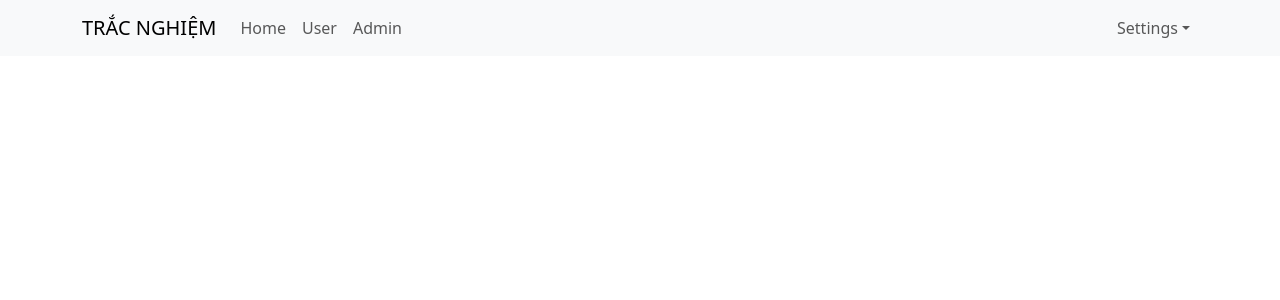
Repository: bichtram-1/webTN
Page: /
The author's editor kept a copy of each file at every save. The page is drawn from the files as they stood at one save, then again after the next save.
The browser window is 1280 px wide. The pictures show the whole page.
The project was rebuilt for these pictures with package versions that can differ from the ones it lists, and the page was loaded fresh each time. Also part of the build but not shown: src/components/User/User.js, src/components/Admin/Admin.js.

Above is the page before, as saved 2025-08-18 16:27:10.

After the next save:
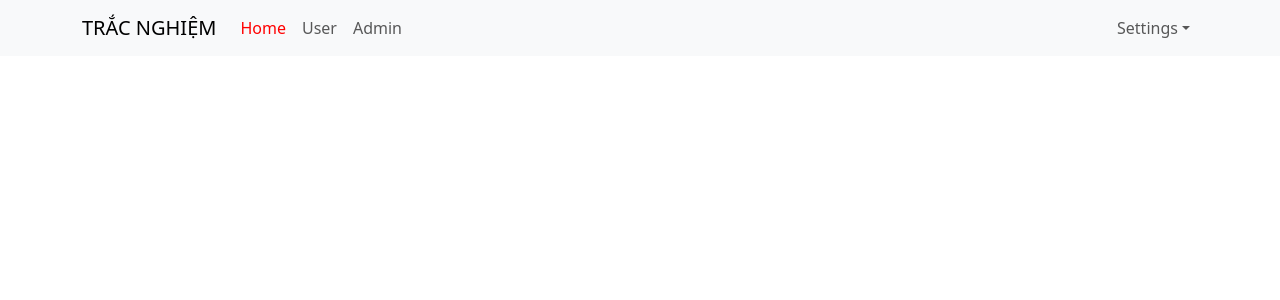
Saved 5 min 5 s later.
--- a/src/components/Header/Header.js
+++ b/src/components/Header/Header.js
@@ -3,8 +3,7 @@ import Nav from 'react-bootstrap/Nav';
 import Navbar from 'react-bootstrap/Navbar';
 import NavDropdown from 'react-bootstrap/NavDropdown';
 // import { Link } from 'react-router-dom';
-import { NavLink } from 'react-bootstrap';
-
+import { NavLink } from 'react-router-dom';
 
 const Header= () =>{
   return (
